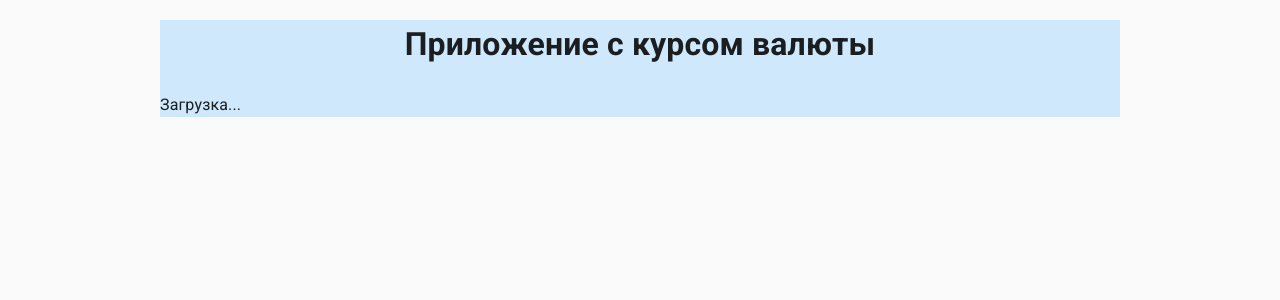
Repository: XaVi7777/mchs-test
Page: / (app in front-end/)
An editor plug-in stored every save of this project. The page is shown before and after the next save, followed by the edit.
The browser window is 1280 px wide. The pictures show the whole page.
The page's requests for data from a server got no answer. The project was rebuilt for these pictures with package versions that can differ from the ones it lists, and the page was loaded fresh each time. No one was signed in, and anything a server would have sent is missing.

Above is the page before, as saved 2020-08-13 19:45:14.

After the next save:
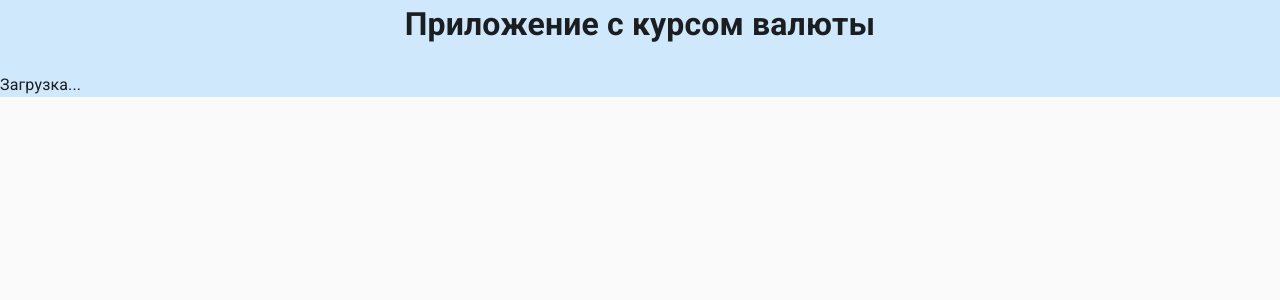
Saved 9 s later.
--- a/front-end/src/App.js
+++ b/front-end/src/App.js
@@ -7,10 +7,7 @@ import Table from './containers/Table/Table';
 
 const useStyles = makeStyles({
   App: {
-    maxWidth: '75%',
-    margin: '20px auto',
-    borderRadius: '25px',
-    backgroundColor:'black'
+
   },
 });
 
